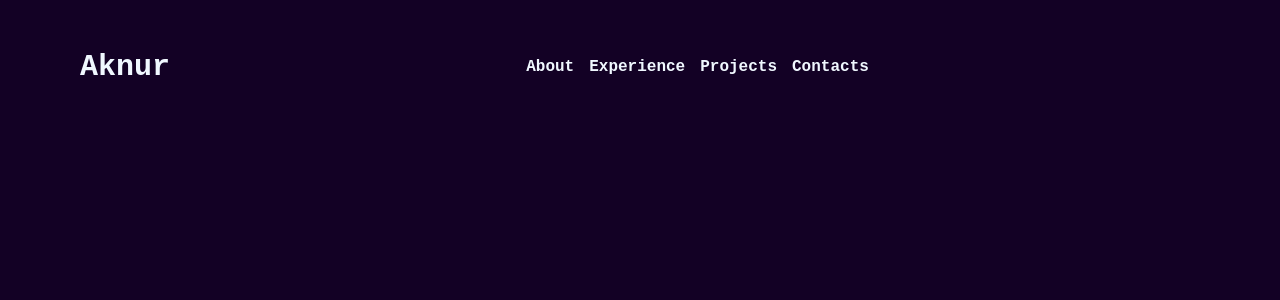
Repository: aknurkappar/nfactorial-portfolio-app-03-03-2022
Page: /
These files come from the project's save history. The page is drawn as it stood at one moment and after the next save; the edit follows.
The browser window is 1280 px wide. The pictures show the whole page.
The project was rebuilt for these pictures with package versions that can differ from the ones it lists, and the page was loaded fresh each time. Also part of the build but not shown: src/App.css.

Above is the page before, as saved 2023-03-03 20:54:35.

After the next save:
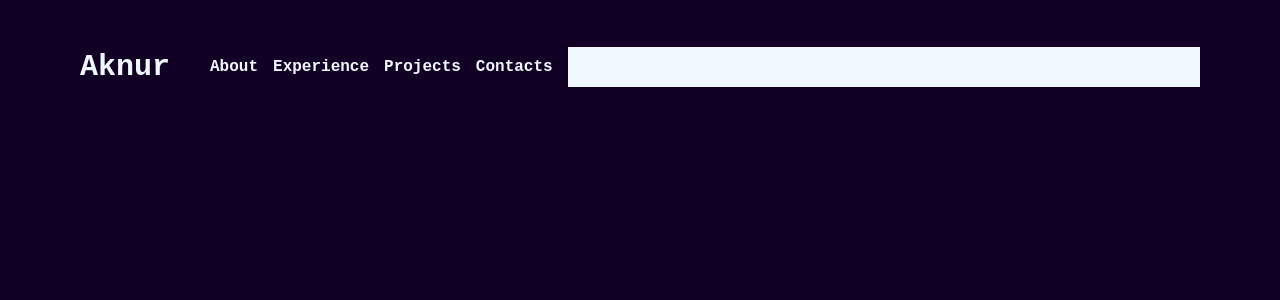
Saved 4 s later.
--- a/src/components/Header/index.css
+++ b/src/components/Header/index.css
@@ -20,7 +20,7 @@
 }
 
 .line{
-    width: auto;
+    width: 100%;
     height: 40px;
     background-color: aliceblue;
 }
